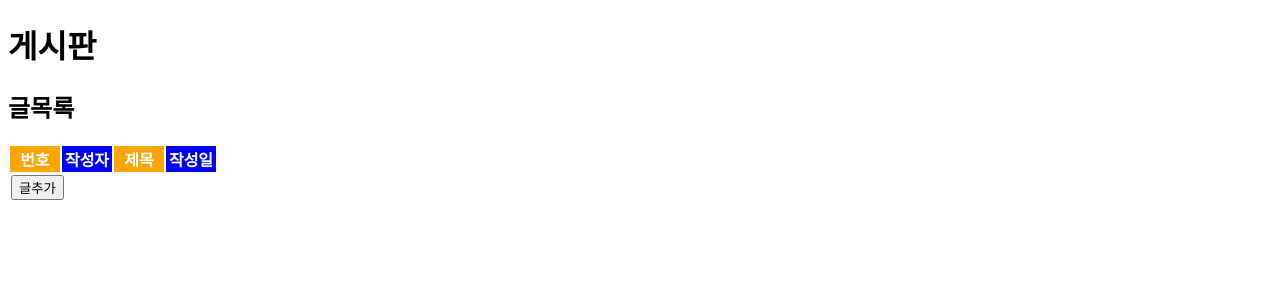
Repository: Junvelop/hkdevelope
Page: http://localhost/03_hkboard_MVC1/hkController.jsp?command=boardlist
The author's editor kept a copy of each file at every save. The page is drawn from the files as they stood at one save, then again after the next save.
The browser window is 1280 px wide. The pictures show the whole page.
The page is served by Tomcat 9. Other server files are loaded and not shown. Queries for data that is not in the repository find no rows.

Above is the page before, as saved 2024-09-09 01:50:42.

### Downloads/back_end_edu20240624-master (1)/03_hkboard_MVC1/src/main/webapp/hkController.jsp
<%@page import="com.hk.dtos.HKDto"%>
<%@page import="com.hk.daos.Hkdao"%>
<%@ page language="java" contentType="text/html; charset=EUC-KR"
    pageEncoding="EUC-KR"%>
    <%@page import="java.util.List"%> <!-- List 클래스 임포트 -->
    <%@page import="java.net.URLEncoder"%>
<!DOCTYPE html>
<html>
<head>
<meta charset="EUC-KR">
<title>hkController.jsp</title>
</head>
<body>
<%
	//1단계 : 커맨드값 받기 - 어떤 요청인지 확인
	//       index.jsp -> 글목록 요청 - > hkController.jsp?command=boardllist
	String command =request.getParameter("command");

	//2단계 : DAO 객체 생성 -> DB 관련 작업 수행을 위한 준비 단꼐
	Hkdao dao = new Hkdao();
	// HKDto dto = new HKDto();
	//3단게 : 분기 - command값 확인해서 요청작업 처리 실행
	if(command.equals("boardlist")){ //글목록 요청 처리

		//5단계 :dao 메서드 실행 4단계는 파라미터 받기인데 여기서 받을 객체가 없어서 생략
		List<HKDto> lists =dao.getAllList();

	//6단계 : scope 객체에 담기
	request.setAttribute("lists", lists); // 키 밸류 형태로 저장

	//7단계 : 페이지 이동
	pageContext.forward("boardlist.jsp");

	}else if(command.equals("boarddetail")){
		int seq = Integer.parseInt(request.getParameter("seq"));
		HKDto dto = dao.getBoard(seq);//상세내용 가져오기
		request.setAttribute("dto",dto);//상세내용 담긴 DTO객체를 request에 저장
		pageContext.forward("boarddetail.jsp");//상세페이지로 이동
	}else if(command.equals("insertboardform")){
	 response.sendRedirect("insertboardform.jsp"); //브라우저 주소창에 응답 URL로 변경된다. 업데이트작업시 응답
	}else if(command.equals("insertboard")){
		String id = request.getParameter("id");
		String title = request.getParameter("title");
		String content = request.getParameter("content");

		boolean isS = dao.insertBoard(new HKDto(id,title,content));
		if(isS){
			response.sendRedirect("hkController.jsp?command=boardlist");
// 			pageContext.forward("hkController.jsp?command=boardlist"); // 브라우저 주소창에 요청 URL로 적용된다. 조회작업시 응답

		}else{
			%>
			<script type = "text/javascript">
			alert("글추가실패");
			location.href="hkController.jsp?command=insertboardform";
			</script>			<%
		}
	}else if(command.equals("boardupdateform")){

		String sseq = request.getParameter("seq");
		int seq = Integer.parseInt(sseq);
		HKDto dto = dao.getBoard(seq);

		request.setAttribute("dto",dto);

	}else if(command.equals("boardupdate")){
		String sseq = request.getParameter("seq");
		int seq = Integer.parseInt(sseq);
		String title = request.getParameter("title");
		String content = request.getParameter("content");

		boolean isS = dao.updateBoard(new HKDto(seq,title,content));

		if(isS){
			response.sendRedirect("hkController.jsp?"+"command=boarddetail&seq="+seq);
		}else{
			response.sendRedirect("error.jsp?msg=" +URLEncoder.encode("글수정실패","utf-8"));
		}



	}else if(command.equals("deleteboard")){
		String sseq = request.getParameter("seq");
		int seq = Integer.parseInt(sseq);

		boolean isS = dao.delBoard(seq);
		if(isS){
			response.sendRedirect("hkController.jsp?command=boardlist");

		}else{
			response.sendRedirect("error.jsp?msg="
					+URLEncoder.encode("글삭제실패","utf-8"));
}


	}
%>

</body>
</html>

### Downloads/back_end_edu20240624-master (1)/03_hkboard_MVC1/src/main/webapp/boardlist.jsp
<%@ page import="java.util.List" %>
<%@page import="com.hk.dtos.HKDto"%>
<%@page import="com.hk.daos.Hkdao"%>
<%@ page language="java" contentType="text/html; charset=EUC-KR"
    pageEncoding="EUC-KR"%>
   <%request.setCharacterEncoding("utf-8"); %>
<%response.setContentType("text/html;charset=UTF-8"); %>




<!DOCTYPE html>
<html>

<head>
<meta charset="EUC-KR">
<title>게시판 글목록 조회</title>
</head>

<style>
	th{
		background-color:blue;
		color:white;
	}

	th:nth-child(odd){
		background-color:orange;
	}

</style>
<%

	List<HKDto> lists = (List<HKDto>) request.getAttribute("lists");


%>
<body>
<h1>게시판</h1>
<h2>글목록</h2>

<table>
	<col width = "50px">
	<col width = "50px">
	<col width = "50px">
	<col width = "50px">
	<tr>
		<th>번호</th> <th>작성자</th> <th>제목</th> <th>작성일</th>
	</tr>

	<%
		for(HKDto dto:lists){
			%>
			<tr>
					<td><%=dto.getSeq()%></td>
					<td><%=dto.getId()%></td>
					<td><a href = "hkController.jsp?command=boarddetail&seq=<%=dto.getSeq()%>"><%=dto.getTitle()%></a></td>
					<td><%=dto.getRegDate()%></td>
			</tr>
			<%
		}
	%>

	<tr>
		<td colspan = "4">
			<button onclick="insertBoardForm()">글추가</button>

		</td>
	 </tr>

</table>
<script type="text/javascript">
function insertBoardForm() {
    location.href = "hkController.jsp?command=insertboardform";
}

</script>
</body>
</html>

### Downloads/back_end_edu20240624-master (1)/03_hkboard_MVC1/src/main/java/com/hk/database/DataBase.java
package com.hk.database;

import java.sql.Connection;
import java.sql.DriverManager;
import java.sql.PreparedStatement;
import java.sql.ResultSet;
import java.sql.SQLException;

//JDBC 1,2,6단계 구현


public class DataBase {

	//1단계 : 드라이버 로딩
	public DataBase() {
		try {
			Class.forName("org.mariadb.jdbc.Driver");
			System.out.println("1단계 : 드라이버로딩 성공");
		} catch (ClassNotFoundException e) {
			// TODO Auto-generated catch block
			e.printStackTrace();
		}
	}

	//2단계 : 디비 연결
	public Connection getConnection() throws SQLException {
									//톰캣 서버이름 : 포트번호 / 데이터 베이스명
		String url = "jdbc:mariadb://localhost:3306/hkeduweb";

		String user = "root";
		String password = "root";

		Connection conn = DriverManager.getConnection(url, user, password);
		System.out.println("2단계 : 디비 연결 성공");

		return conn;
	}

	//6단계 : 디비 연결 닫기
	public void close(ResultSet rs, PreparedStatement psmt, Connection conn) {
		try {
            if(rs!=null) {
               rs.close();
            }
            if(psmt != null) {
               psmt.close();
            }
            if(conn != null) {
               conn.close();
            }
            System.out.println("6단꼐 :디비 닫기 성공 ");

         } catch (SQLException e) {
            // TODO Auto-generated catch block
            e.printStackTrace();
            System.out.println("6단계 디비 닫기 실패");
         }

	}


}

### Downloads/back_end_edu20240624-master (1)/03_hkboard_MVC1/src/main/java/com/hk/daos/Hkdao.java
package com.hk.daos;

import java.beans.Statement;
import java.sql.Connection;
import java.sql.PreparedStatement;
import java.sql.ResultSet;
import java.sql.SQLException;
import java.util.ArrayList;
import java.util.List;

import com.hk.database.DataBase;
import com.hk.dtos.HKDto;

//DAO 객체 : 데이터베이스에 접근하여 작업하는 개체
public class Hkdao extends DataBase {

	public Hkdao() { // 생략가능 -> 오버라이딩 시에는 생략 불가
		// TODO Auto-generated constructor stub
		super(); //부모 생성자 호출 -> 생성자를 호출한다는 건 객체를 생성, -> 부모 객체도 함께 생성생략되어 있음 -> 곧 생략 가능

	}
	//글목록 조회 기능: 여러개의 행이 반환 --> 반환 타입은? ->List
	//                                 하나의 행 --> DTO 여러개의 행은 리스트에 dto를 담아서

	public List<HKDto> getAllList(){
		List<HKDto> list = new ArrayList<>();
		Connection conn = null; //디비 연결 객체
		PreparedStatement psmt = null; //쿼리 준비 객체
		ResultSet rs = null; //쿼리 결과를 받을 객체

		String sql = " SELECT SEQ, ID, TITLE, CONTENT, REGDATE " + " FROM HKBOARD ORDER BY REGDATE DESC";
		try {
			conn = getConnection(); //2단계 - 디비 연결
			psmt = conn.prepareStatement(sql); //3단계 쿼리준비
			rs = psmt.executeQuery(); //4단계 쿼리실행
			while(rs.next()) {
				HKDto dto = new HKDto(); //dto는 행 단위로 저장
				dto.setSeq(rs.getInt(1));
				dto.setId(rs.getString(2));
				dto.setTitle(rs.getString(3));
				dto.setContent(rs.getString(4));
				dto.setRegDate(rs.getDate(5));
				list.add(dto);
				System.out.println(dto);


			}
			System.out.println("5단계: 쿼리결과 받기");
		} catch (SQLException e) {
			// TODO Auto-generated catch block
			System.out.println("JDBC 실패" + getClass()+"getAllList()");
			e.printStackTrace();
		}finally {
			close(rs,psmt,conn);
		}



		return list;

	}

	//글 추가하기 : insert문, 파라미터 : id, title, content,
	//테이블을 변경하는 작업 --> 처리만 하고 결과는 없음	seq, regdate -> 쿼리에서 추가해줌
	public boolean insertBoard(HKDto dto) {
		int count = 0;

		Connection conn = null;
		PreparedStatement psmt = null;
		String sql = " INSERT INTO HKBOARD " + " VALUES(NULL,?,?,?,SYSDATE())";

		try {
			conn = getConnection();
			psmt = conn.prepareStatement(sql);
			psmt.setString(1, dto.getId());
			psmt.setString(2, dto.getTitle());
			psmt.setString(3, dto.getContent());

			count = psmt.executeUpdate()	;

		} catch (SQLException e) {
			// TODO Auto-generated catch block
			e.printStackTrace();
		}finally {
			close(null, psmt, conn);
		}


		return count>0?true:false;
	}

	// 글 상세 조회 : 셀렉트문 실행, 파라미터: seq(px)
	// 조회 기능 : 결과반환 있음 -> ResultSEt 객체 필요
	// 반환타입 :DTO 객체
	public HKDto getBoard(int seq) {
	    HKDto dto = new HKDto();

	    Connection conn = null;
	    PreparedStatement psmt = null;
	    ResultSet rs = null;

		String sql = " SELECT SEQ, ID, TITLE, CONTENT, REGDATE " + " FROM HKBOARD WHERE SEQ = ? ";

	    try {
	        conn = getConnection(); // 이 메서드는 데이터베이스 연결을 반환해야 합니다.
	        psmt = conn.prepareStatement(sql);
	        psmt.setInt(1, seq);
	        rs = psmt.executeQuery();

	        while (rs.next()) { // While 루프 대신 if를 사용하는 것이 적절합니다.
	            dto.setSeq(rs.getInt(1));
	            dto.setId(rs.getString(2));
	            dto.setTitle(rs.getString(3));
	            dto.setContent(rs.getString(4));
	            dto.setRegDate(rs.getDate(5));
	        }
	    } catch (SQLException e) {
	        e.printStackTrace();
	    } finally {
	        close(rs, psmt, conn); // 이 메서드는 ResultSet, PreparedStatement, Connection을 닫아야 합니다.
	    }

	    return dto;
	}
	//수정하기 : 업데이트문 실행. 파라미터 : id,title,content 수정할내용: title, content, regdate -> Sysdate();

	public boolean updateBoard(HKDto dto) {
		int count = 0;
		Connection conn = null;
		PreparedStatement psmt = null;
 //		Statement st = null; // ? -> 파라미터 적용하는 기능이 없어

		//string 객체 이용했을 경우
		String sql = " UPDATE HKBOARD SET TITLE =?, CONTENT=?, "
					 +"                             REGDATE=SYSDATE() "
					 +" WHERE SEQ = ? ";



	/*	//String~클래스를 이용했을 경우 new 예약어 사용 --> 메모리 효율 up
		StringBuffer sb = new StringBuffer();*/

		try {
			conn =getConnection();
			psmt = conn.prepareStatement(sql);
//	st.conn.createStatement();
			psmt.setString(1, dto.getTitle());
			psmt.setString(2, dto.getContent());
			psmt.setInt(3, dto.getSeq()); // 쿼리준비완료
			count = psmt.executeUpdate(); // 쿼리실행 : 반환값은 변경된 행의 개수
		} catch (SQLException e) {
			// TODO Auto-generated catch block
			e.printStackTrace();
		}


		return count>0?true:false;

	}
	//글 삭제하기 : delete문 실행, 파라미터 : seq
	public boolean delBoard(int seq) {
		int count =0;
		Connection conn = null;
		PreparedStatement psmt = null;

		String sql = " DELETE FROM HKBOARD WHERE SEQ=? ";

		try {
			conn=getConnection();
			psmt = conn.prepareStatement(sql);
			psmt.setInt(1, seq);
			count = psmt.executeUpdate();
		} catch (SQLException e) {
			// TODO Auto-generated catch block
			e.printStackTrace();
		}finally {
			close(null,psmt,conn);
		}


		return count>0?true:false;
	}
}

After the next save:
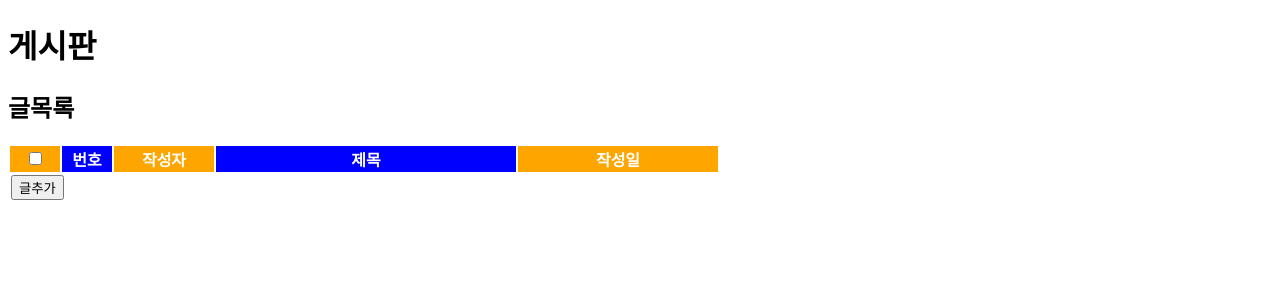
Saved 20 min 28 s later.
--- a/Downloads/back_end_edu20240624-master (1)/03_hkboard_MVC1/src/main/webapp/boardlist.jsp
+++ b/Downloads/back_end_edu20240624-master (1)/03_hkboard_MVC1/src/main/webapp/boardlist.jsp
@@ -41,9 +41,11 @@
 <table>
 	<col width = "50px">
 	<col width = "50px">
-	<col width = "50px">
-	<col width = "50px">
+	<col width = "100px">
+	<col width = "300px">
+	<col width = "200px">
 	<tr>
+	<th><input type = "checkbox" name = "all" onclick = "allSel()"/> </th>
 		<th>번호</th> <th>작성자</th> <th>제목</th> <th>작성일</th>
 	</tr>
 
@@ -51,6 +53,7 @@
 		for(HKDto dto:lists){
 			%>
 			<tr>
+					<td><input type = "checkbox" name = "chk" value = "<%=dto.getSeq()%>"/></td>
 					<td><%=dto.getSeq()%></td>
 					<td><%=dto.getId()%></td>
 					<td><a href = "hkController.jsp?command=boarddetail&seq=<%=dto.getSeq()%>"><%=dto.getTitle()%></a></td>
